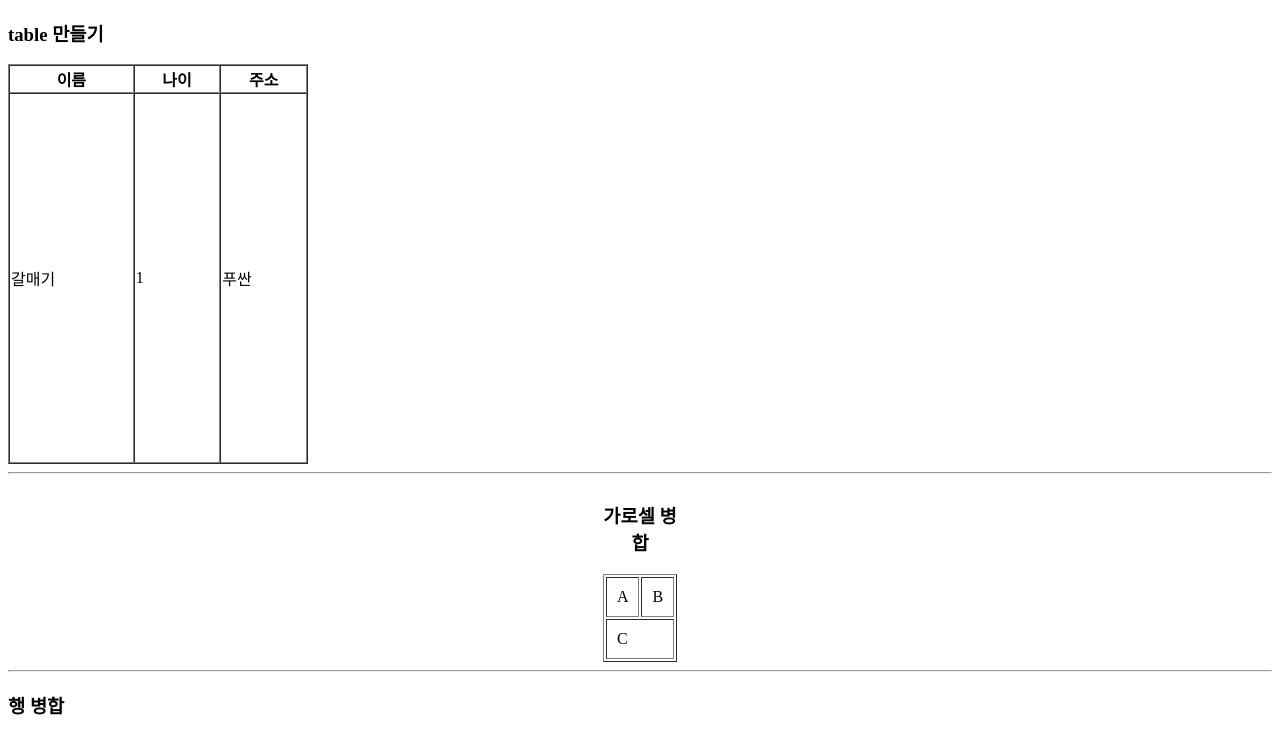
Repository: JeongHyeongKim/practice_myself
Page: Si_basic/WebProject/setp01_HTMLCS/WebContent/HTML/ex03_tableTag.html
These files come from the project's save history. The page is drawn as it stood at one moment and after the next save; the edit follows.
The browser window is 1280 px wide. The pictures show the whole page.

Above is the page before, as saved 2019-04-22 04:35:08.

### Si_basic/WebProject/setp01_HTMLCS/WebContent/HTML/ex03_tableTag.html
<!DOCTYPE html>
<html>
	<head>
		<meta charset="UTF-8">
		<title>Table Tag</title>
	</head>
	<body>
		<h3>table 만들기</h3>
		<table border="1" height="400" width="300" cellspacing="0">
			<thead>
				<tr>
					<th>이름</th>
					<th>나이</th>
					<th>주소</th>
				</tr>
			</thead>
			<tbody>
				<tr>
					<td>갈매기</td>
					<td>1</td>
					<td>푸싼</td>
				</tr>
			</tbody>
		</table>


		<hr>

		<table border="1" cellpadding="10" align="center">
			<caption><h3>가로셀 병합</h3></caption>
			<tbody>
				<tr>
					<td>A</td>
					<td>B</td>
				</tr>
				<tr>
					<td colspan="2">C</td>
					<!--<td>D</td>-->
				</tr>
			</tbody>
		</table>
		<hr>
		<h3>행 병합</h3>
	</body>
</html>

After the next save:
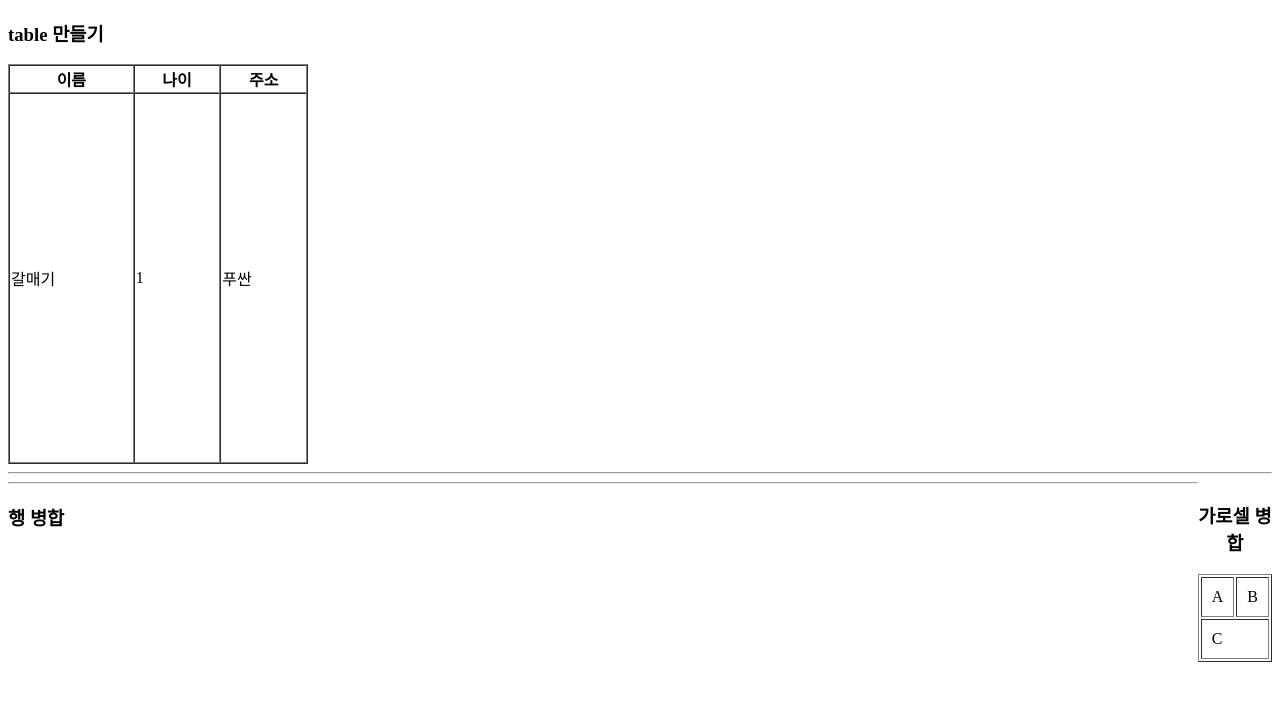
Saved 75 s later.
--- a/Si_basic/WebProject/setp01_HTMLCS/WebContent/HTML/ex03_tableTag.html
+++ b/Si_basic/WebProject/setp01_HTMLCS/WebContent/HTML/ex03_tableTag.html
@@ -26,7 +26,7 @@
 
 		<hr>
 
-		<table border="1" cellpadding="10" align="center">
+		<table border="1" cellpadding="10" align="right">
 			<caption><h3>가로셀 병합</h3></caption>
 			<tbody>
 				<tr>

After the save that followed:
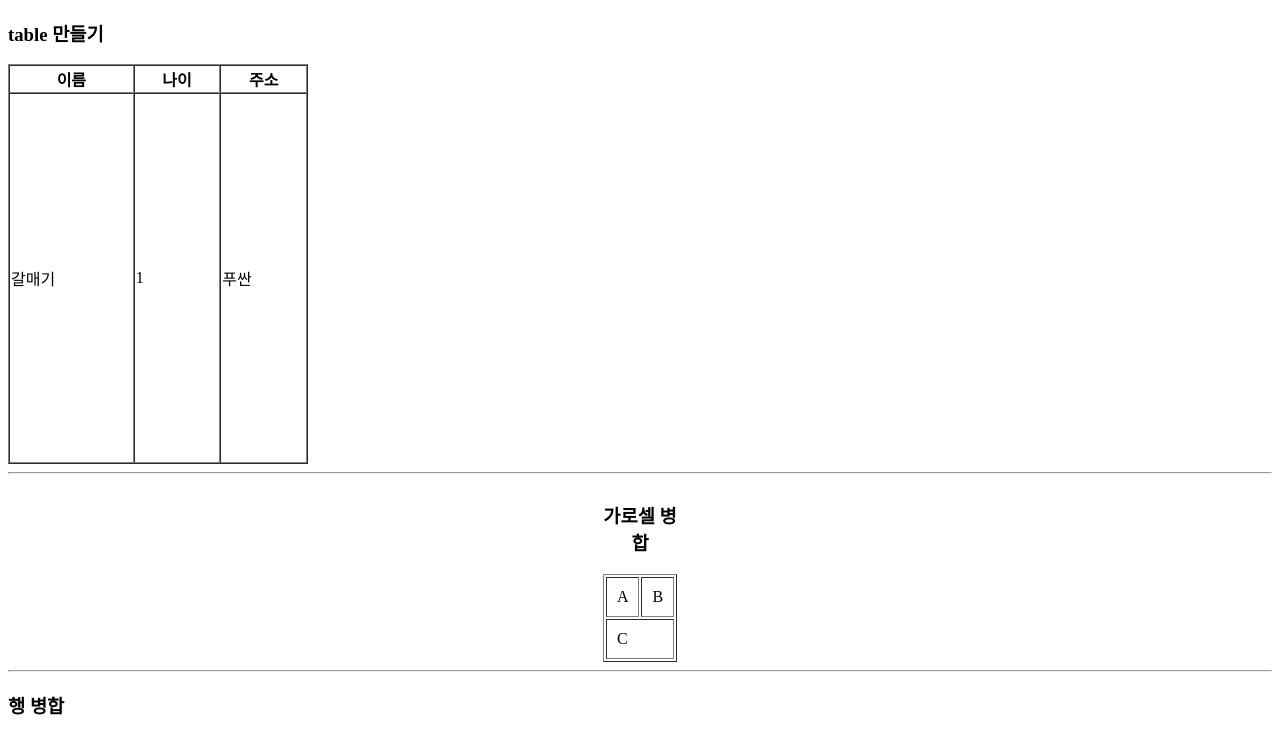
Saved 7 s later.
--- a/Si_basic/WebProject/setp01_HTMLCS/WebContent/HTML/ex03_tableTag.html
+++ b/Si_basic/WebProject/setp01_HTMLCS/WebContent/HTML/ex03_tableTag.html
@@ -26,7 +26,7 @@
 
 		<hr>
 
-		<table border="1" cellpadding="10" align="right">
+		<table border="1" cellpadding="10" align="center">
 			<caption><h3>가로셀 병합</h3></caption>
 			<tbody>
 				<tr>
